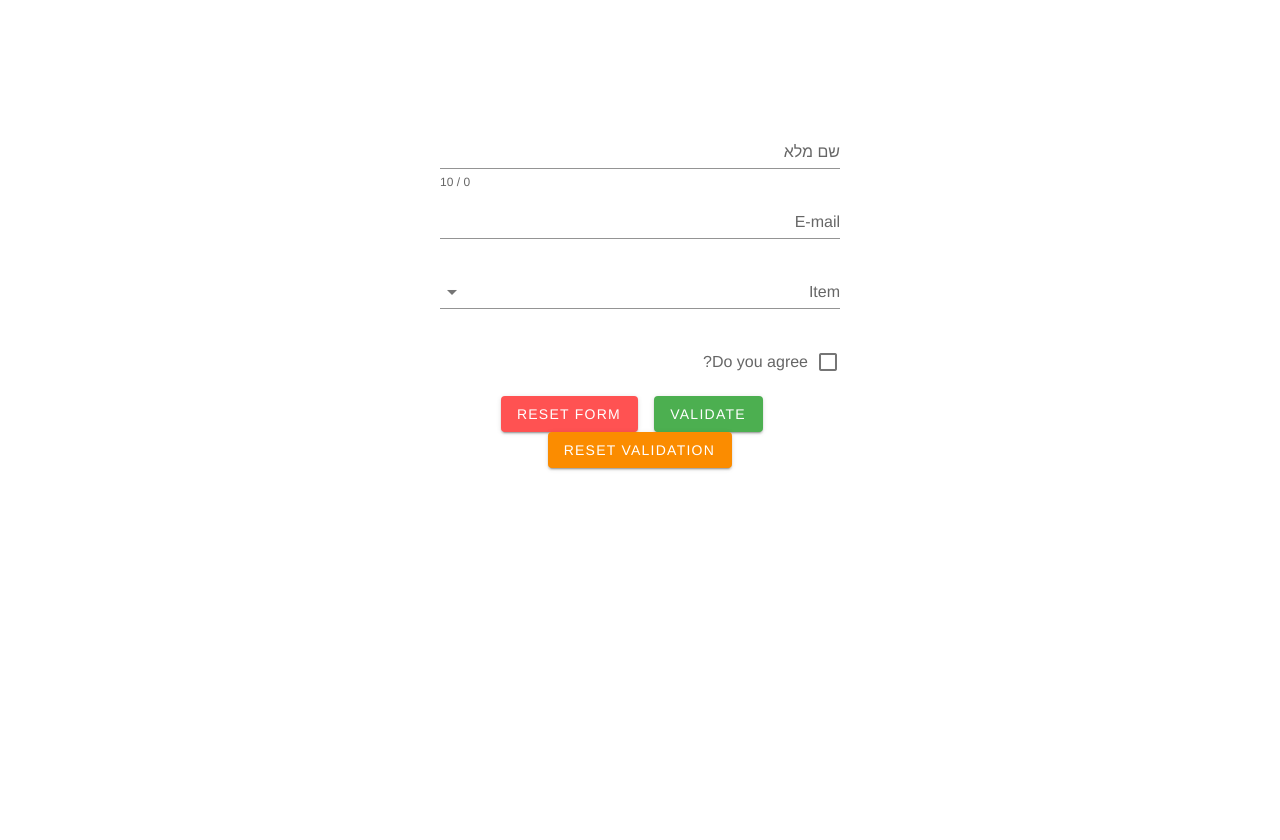
Repository: Natanhel/klitat-tash
Page: /
The author's editor kept a copy of each file at every save. The page is drawn from the files as they stood at one save, then again after the next save.
The browser window is 1280 px wide. The pictures show the whole page.
The page's requests for data from a server got no answer. The project was rebuilt for these pictures with package versions that can differ from the ones it lists, and the page was loaded fresh each time. No one was signed in, and anything a server would have sent is missing. Also part of the build but not shown: vue.config.js.

Above is the page before, as saved 2020-12-01 16:56:45.

### src/App.vue
<template>
  <div id="app">
    <v-app>
      <v-form
        ref="form"
        v-model="valid"
        lazy-validation
      >
        <v-text-field
          v-model="name"
          :counter="10"
          :rules="nameRules"
          label="שם מלא"
          required
        ></v-text-field>

        <v-text-field
          v-model="email"
          :rules="emailRules"
          label="E-mail"
          required
        ></v-text-field>

        <v-select
          v-model="select"
          :items="items"
          :rules="[v => !!v || 'Item is required']"
          label="Item"
          required
        ></v-select>

        <v-checkbox
          v-model="checkbox"
          :rules="[v => !!v || 'You must agree to continue!']"
          label="Do you agree?"
          required
        ></v-checkbox>

        <v-btn
          :disabled="!valid"
          color="success"
          class="mr-4"
          @click="validate"
        >
          Validate
        </v-btn>

        <v-btn
          color="error"
          class="mr-4"
          @click="reset"
        >
          Reset Form
        </v-btn>

        <v-btn
          color="warning"
          @click="resetValidation"
        >
          Reset Validation
        </v-btn>
      </v-form>
    </v-app>
  </div>
</template>

<script>
import axios from 'axios';

export default {
  name: 'App',
  mounted(){
    // login
    const data = JSON.stringify({"password":"passward","email":"natanhelp@gmail.com"});

    const config = {
      method: 'post',
      url: 'https://nat-task-manager.herokuapp.com/users/login',
      headers: {
        'Content-Type': 'application/json'
      },
      data : data
    };

    axios(config)
      .then((response) => {
        console.log(JSON.stringify(response.data));
      })
      .catch((error) => {
        console.log(error);
      })
  },

  data: () => ({
    valid: true,
    name: '',
    nameRules: [
      v => !!v || 'Name is required',
      v => (v && v.length <= 10) || 'Name must be less than 10 characters',
    ],
    email: '',
    emailRules: [
      v => !!v || 'E-mail is required',
      v => /.+@.+\..+/.test(v) || 'E-mail must be valid',
    ],
    select: null,
    items: [
      'Item 1',
      'Item 2',
      'Item 3',
      'Item 4',
    ],
    checkbox: false,
  }),
  methods: {
    validate () {
      this.$refs.form.validate()
    },
    reset () {
      this.$refs.form.reset()
    },
    resetValidation () {
      this.$refs.form.resetValidation()
    },
  },
}
</script>

<style>
#app {
  font-family: Avenir, Helvetica, Arial, sans-serif;
  -webkit-font-smoothing: antialiased;
  -moz-osx-font-smoothing: grayscale;
  text-align: center;
  color: #2c3e50;
  margin-top: 60px;
}

form
{
  width: 400px;
}

#app
{
  display: flex;
  align-items: center;
  justify-content: center;
}
</style>

### src/plugins/vuetify.js
import Vue from 'vue';
import Vuetify from 'vuetify/lib';

Vue.use(Vuetify);

export default new Vuetify({
    rtl: true,
});

Loaded but not shown: public/index.html (common file); src/main.js (common file)

After the next save:
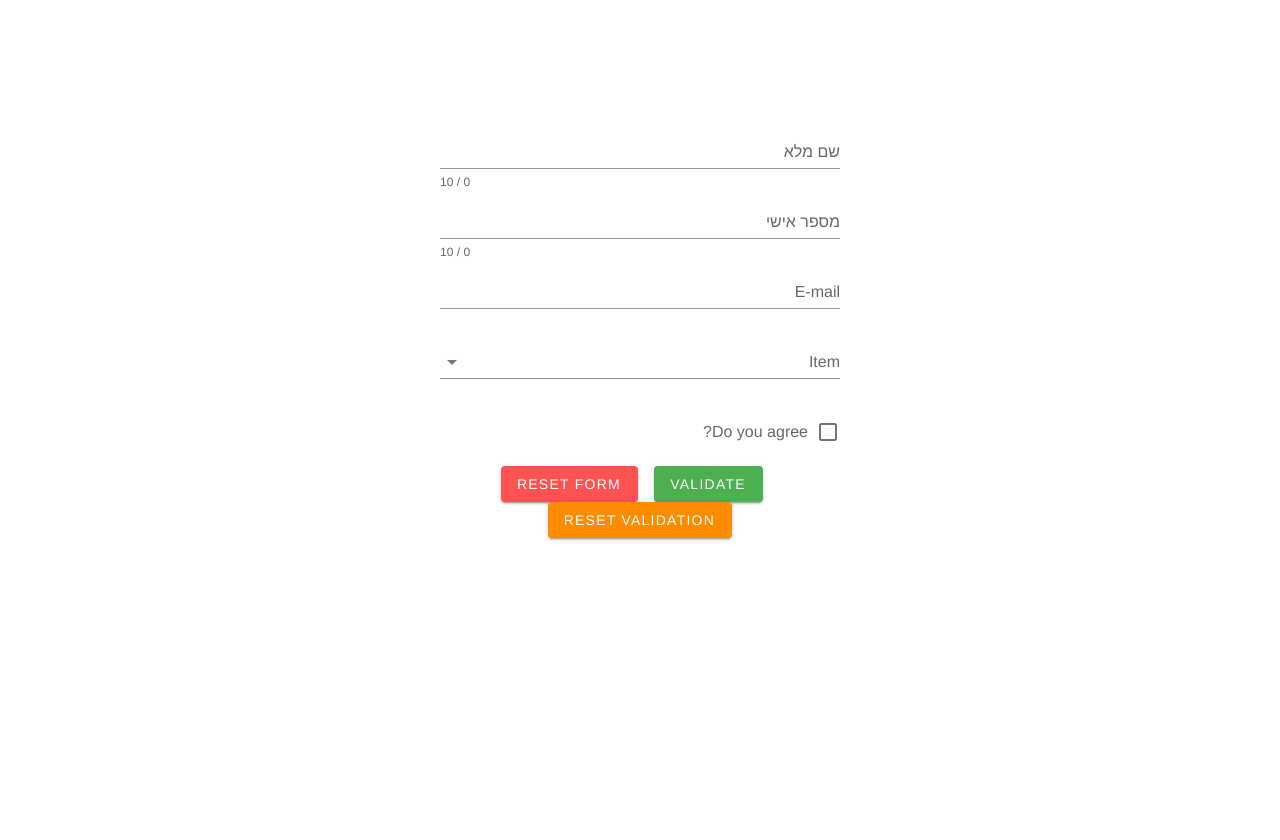
Saved 34 s later.
--- a/src/App.vue
+++ b/src/App.vue
@@ -11,6 +11,14 @@
           :counter="10"
           :rules="nameRules"
           label="שם מלא"
+          required
+        ></v-text-field>
+
+        <v-text-field
+          v-model="pernr"
+          :counter="10"
+          :rules="nameRules"
+          label="מספר אישי"
           required
         ></v-text-field>
 

After the 4 saves that followed:
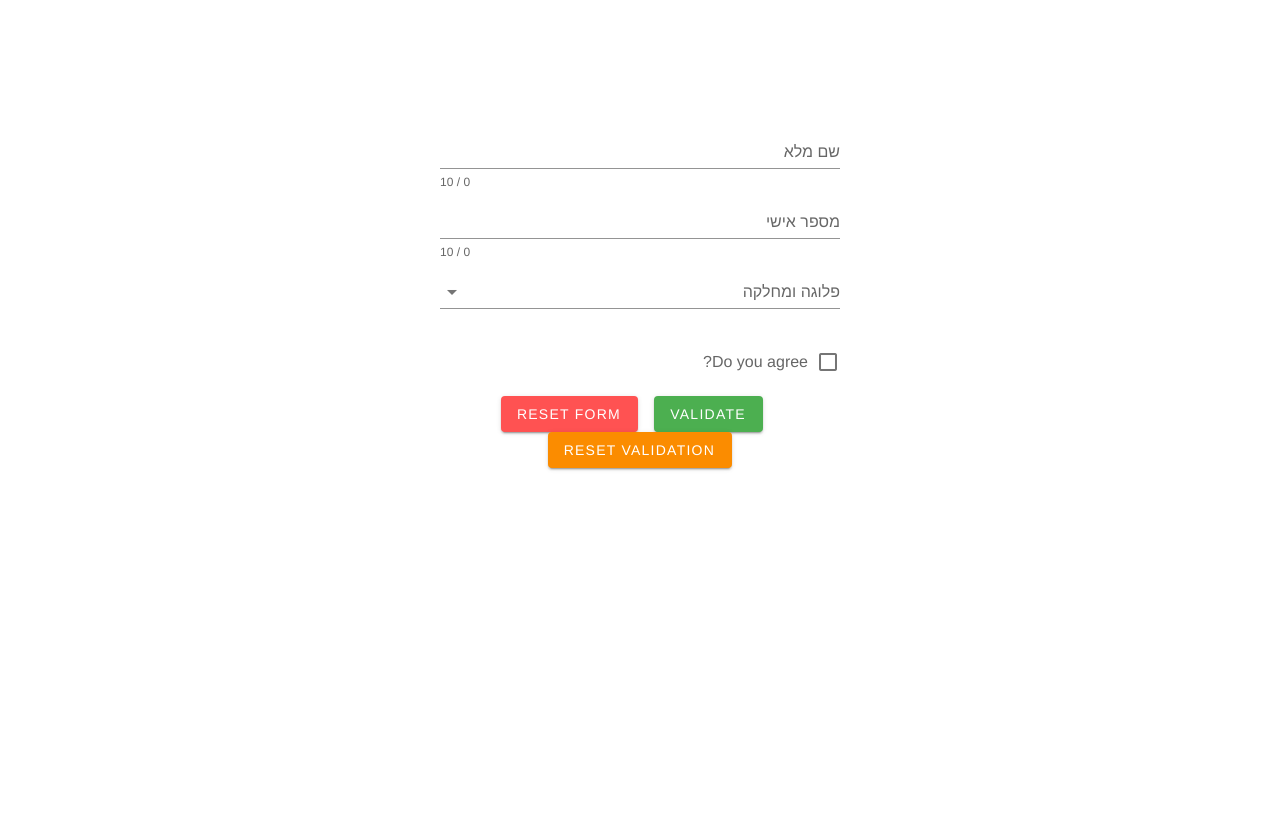
The 4 saves are shown as one change because 3 left the picture as it was.
The last was saved 2 min 21 s later.
--- a/src/App.vue
+++ b/src/App.vue
@@ -17,23 +17,16 @@
         <v-text-field
           v-model="pernr"
           :counter="10"
-          :rules="nameRules"
+          :rules="[v => !!v || 'נדרש מספר אישי']"
           label="מספר אישי"
-          required
-        ></v-text-field>
-
-        <v-text-field
-          v-model="email"
-          :rules="emailRules"
-          label="E-mail"
           required
         ></v-text-field>
 
         <v-select
           v-model="select"
           :items="items"
-          :rules="[v => !!v || 'Item is required']"
-          label="Item"
+          :rules="[v => !!v || 'נדרש להזין פלוגה ומחלקה']"
+          label="פלוגה ומחלקה"
           required
         ></v-select>
 
@@ -103,20 +96,16 @@ export default {
     valid: true,
     name: '',
     nameRules: [
-      v => !!v || 'Name is required',
-      v => (v && v.length <= 10) || 'Name must be less than 10 characters',
-    ],
-    email: '',
-    emailRules: [
-      v => !!v || 'E-mail is required',
-      v => /.+@.+\..+/.test(v) || 'E-mail must be valid',
+      v => !!v || 'נדרש להזין שם',
+      v => (v && v.length <= 4) || 'על השם להיות ארוך מ-4 תווים',
     ],
     select: null,
     items: [
-      'Item 1',
-      'Item 2',
-      'Item 3',
-      'Item 4',
+      'ו1',
+      'ו2',
+      'ו3',
+      'ו4',
+      'ו5',
     ],
     checkbox: false,
   }),
